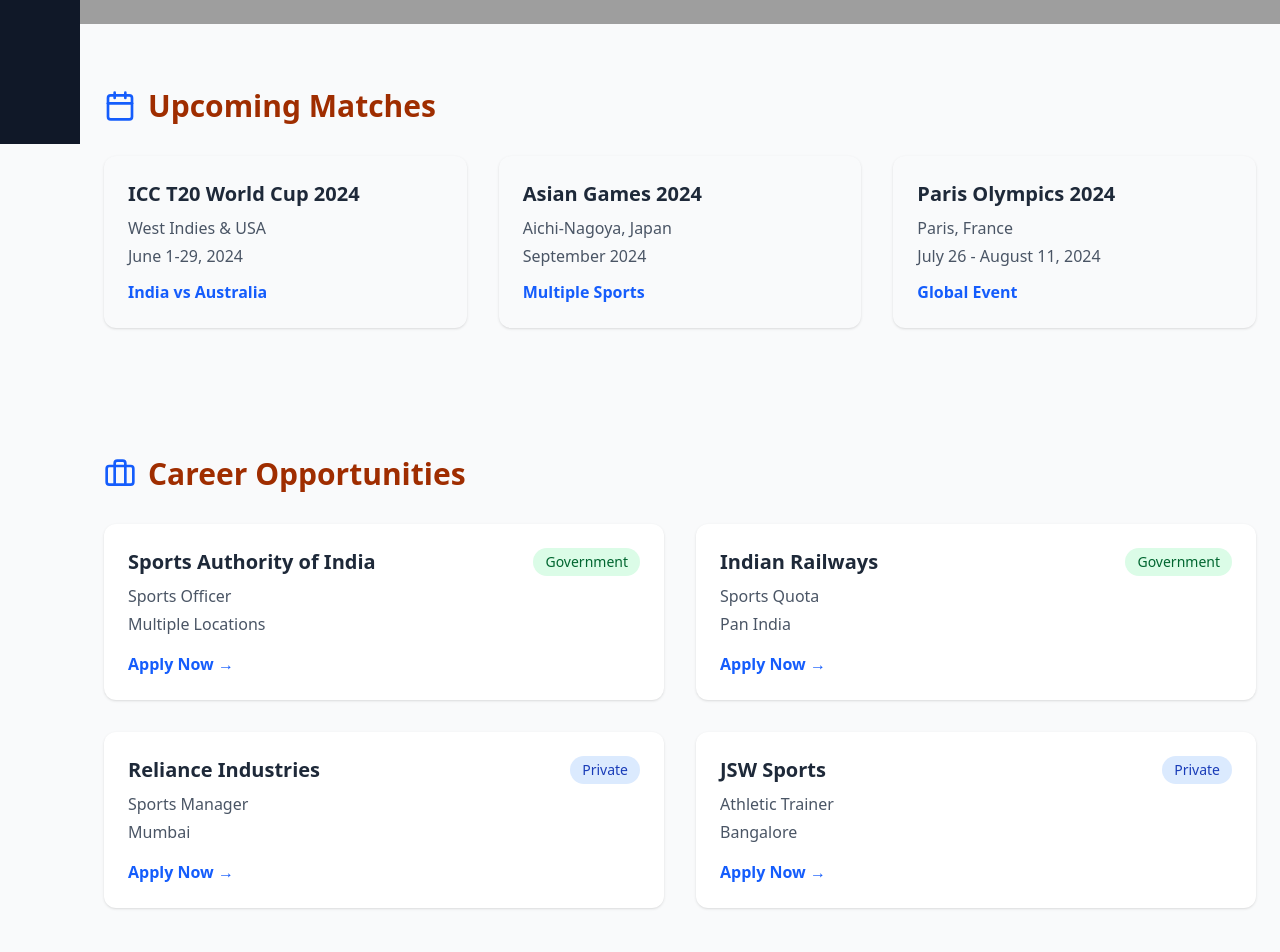
Repository: Shovon0004/Athlete
Page: / (app in Athlete/)
The author's editor kept a copy of each file at every save. The page is drawn from the files as they stood at one save, then again after a run of saves.
The browser window is 1280 px wide. The pictures show the part of the page from y = 576 to 1528 px (the page is 1720 px tall).
Pictures or frames that could not be fetched are drawn as grey boxes. The page's requests for data from a server got no answer. The project was rebuilt for these pictures with package versions that can differ from the ones it lists, and the page was loaded fresh each time. No one was signed in, and anything a server would have sent is missing. Also part of the build but not shown: Athlete/vite.config.js.

Above is the page before, as saved 2025-01-26 13:49:40.

After the next 2 saves:
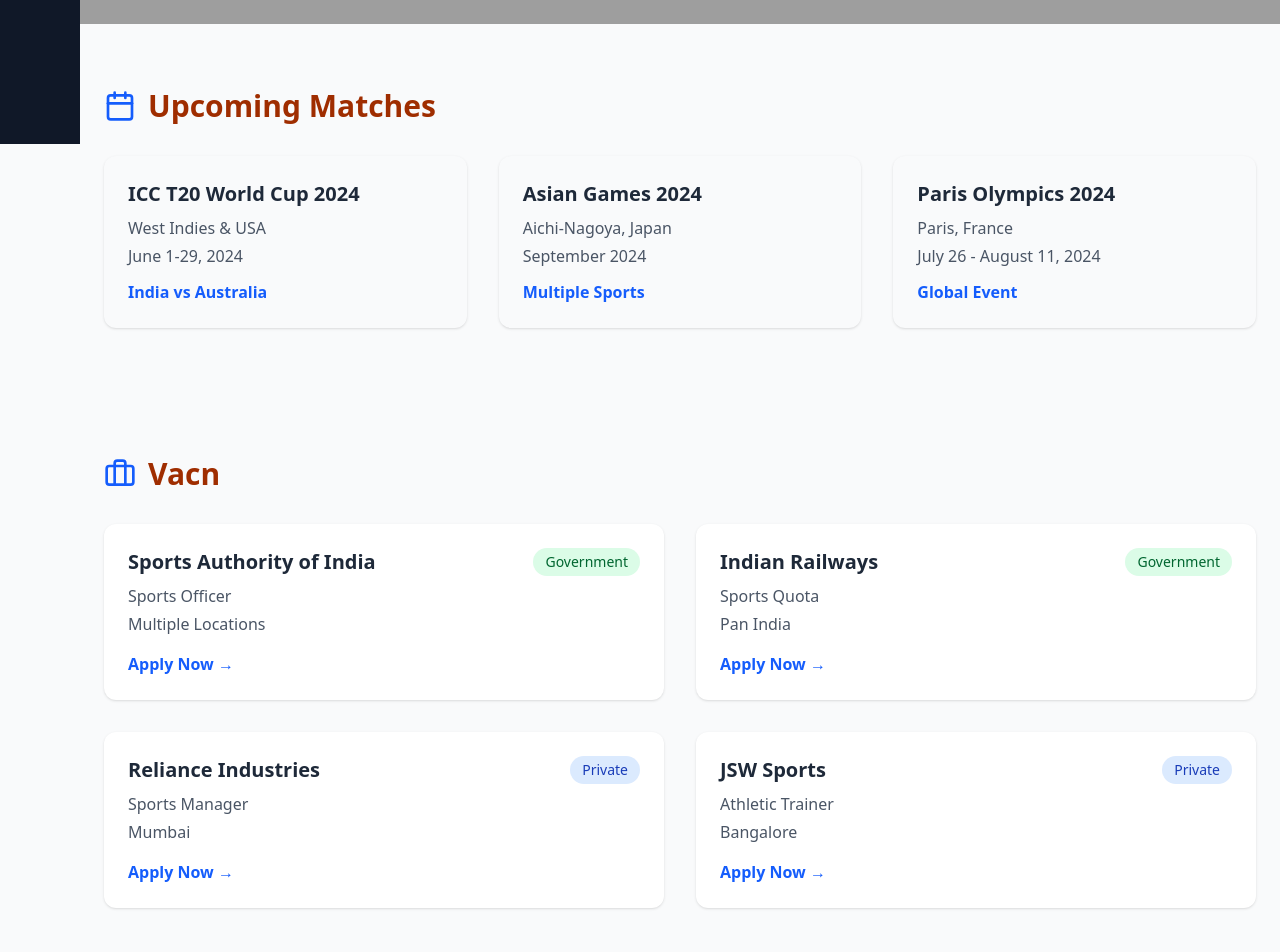
The 2 saves are shown as one change because they came seconds apart.
The last was saved 2 min 59 s later.
--- a/Athlete/src/components/HeroPage.jsx
+++ b/Athlete/src/components/HeroPage.jsx
@@ -145,7 +145,7 @@
         <div className="container mx-auto px-6 ">
           <div className="flex items-center mb-8 ">
             <Briefcase className="w-8 h-8 text-blue-600 mr-3" />
-            <h2 className="text-3xl font-bold text-orange-800">Career Opportunities</h2>
+            <h2 className="text-3xl font-bold text-orange-800">Vacn</h2>
           </div>
           <div className="grid md:grid-cols-2 gap-8 ">
             {jobOpportunities.map((job, index) => (
